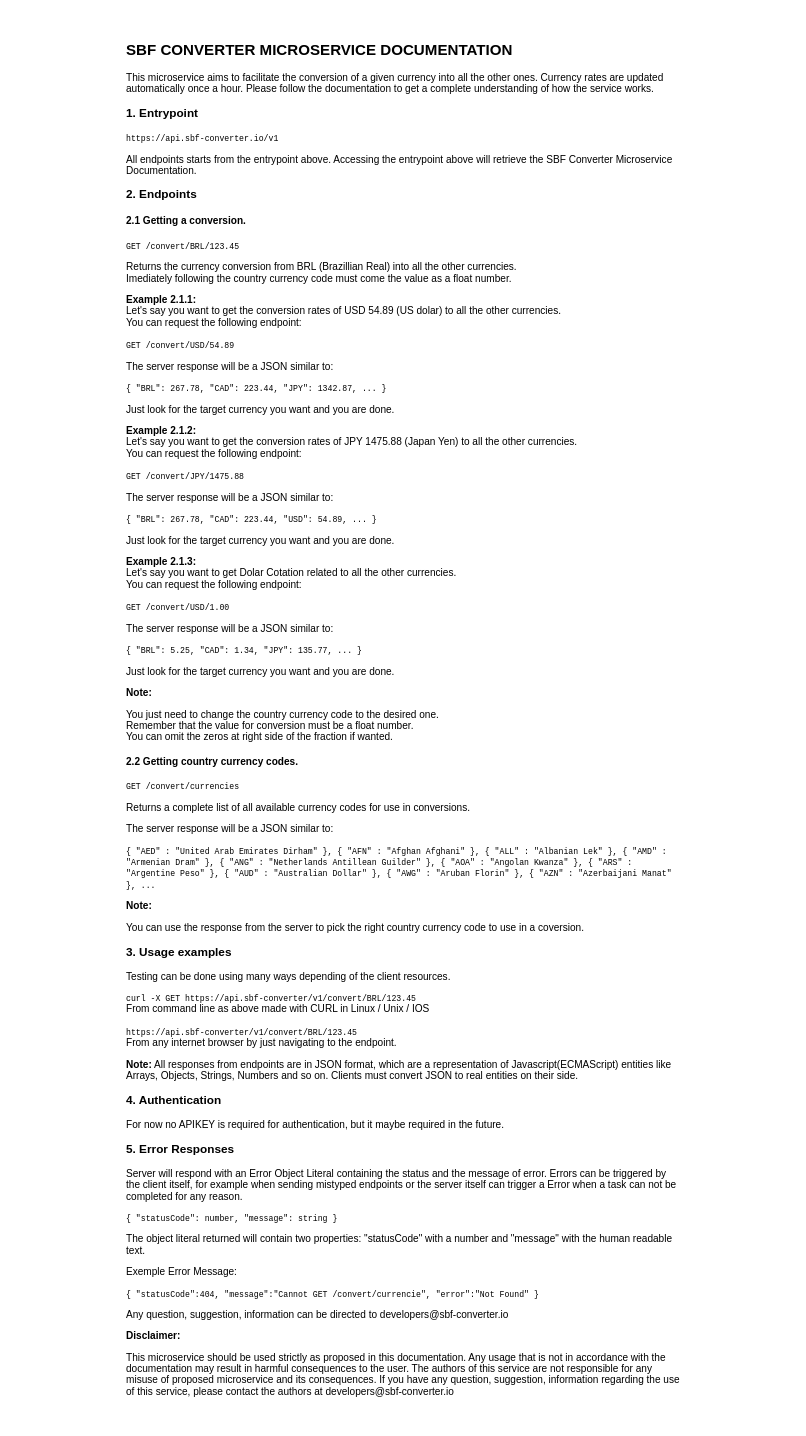
Repository: miguelamello/nestjs-restful-api
Page: documentation.html
These files come from the project's save history. The page is drawn as it stood at one moment and after the next save; the edit follows.
The browser window is 1280 px wide. The pictures show the whole page, at 63% of full size.

Above is the page before, as saved 2023-03-23 11:43:39.

After the next save:
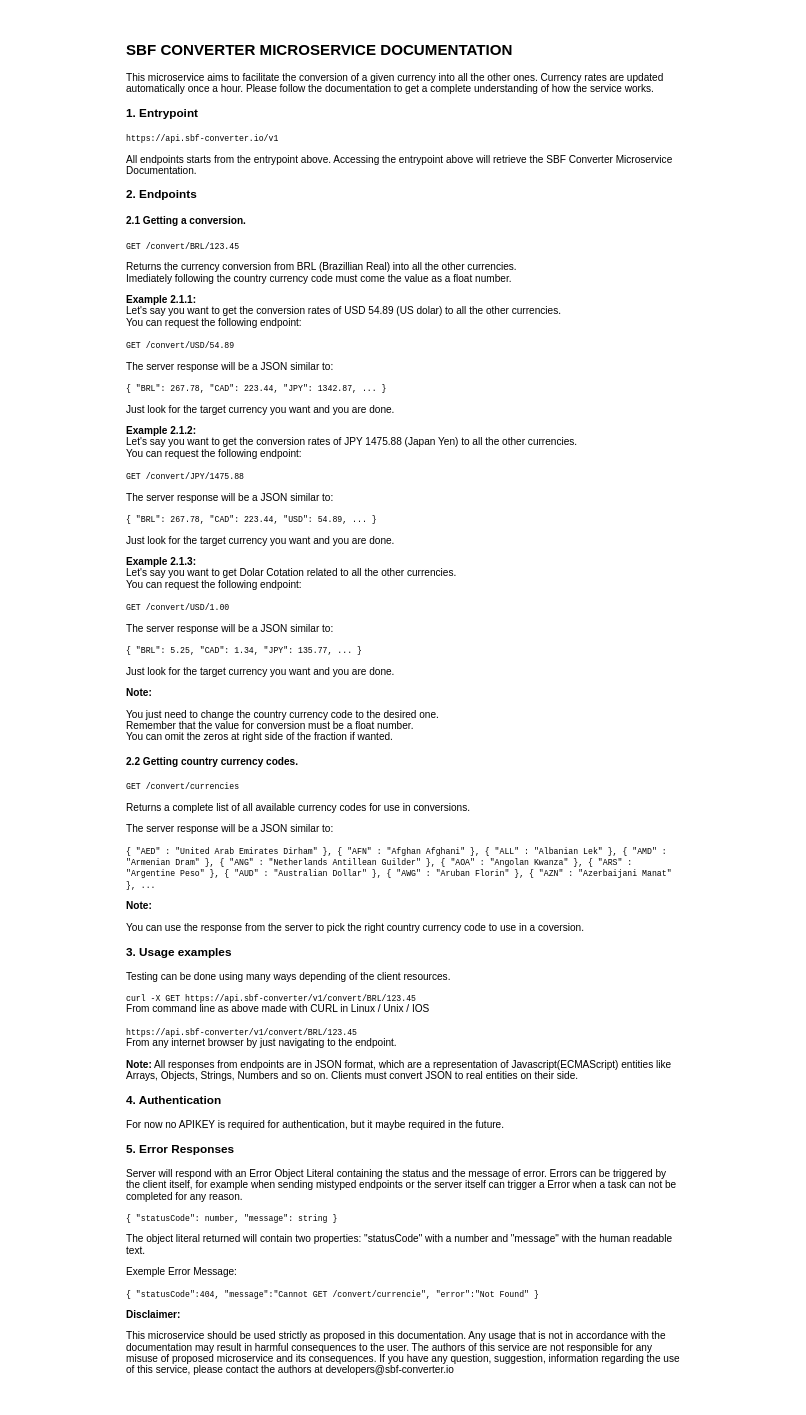
Saved 4 s later.
--- a/documentation.html
+++ b/documentation.html
@@ -153,8 +153,6 @@
     </code>
   </p>
 
-  <p>Any question, suggestion, information can be directed to developers@sbf-converter.io</p>
-
   <p>
     <div><b>Disclaimer:</b></div>
     <p>
